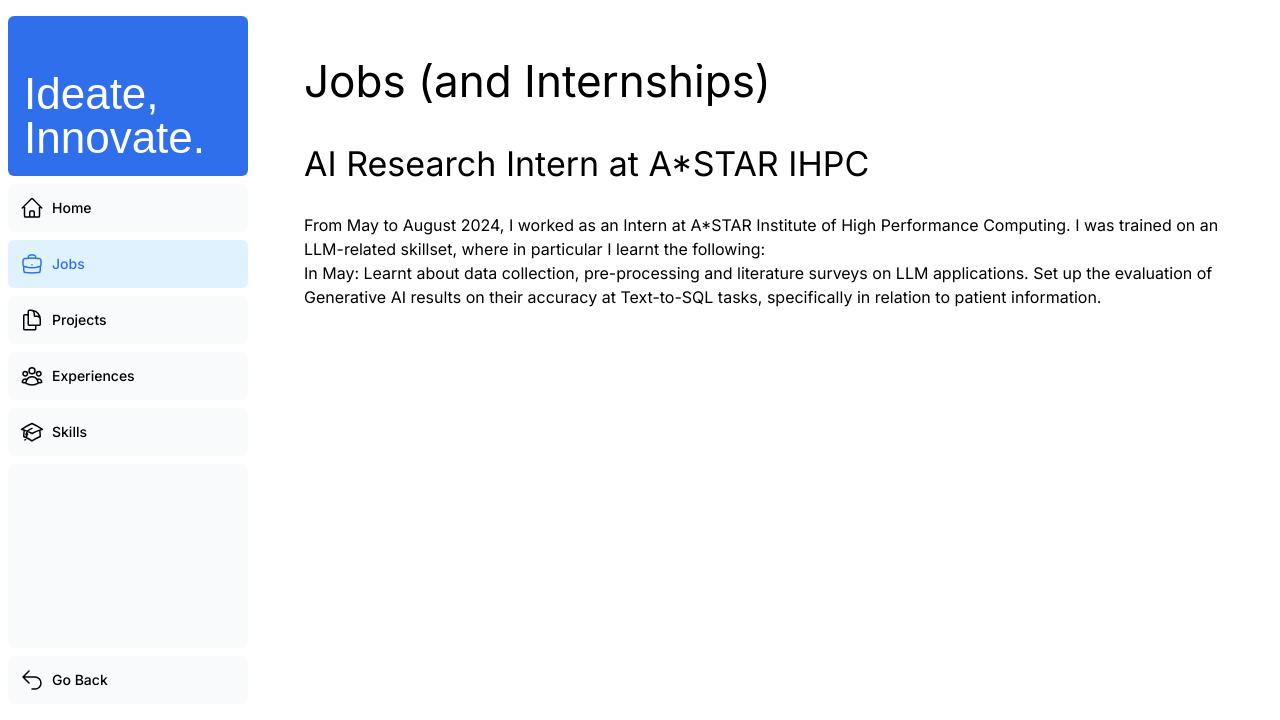
Repository: ThatGirlJam/jaime-portfolio
Page: /dashboard/jobs
These files come from the project's save history. The page is drawn as it stood at one moment and after the next save; the edit follows.
The browser window is 1280 px wide. The pictures show the whole page.
Some web fonts or font styles are not loaded; a fallback is used. The project was rebuilt for these pictures with package versions that can differ from the ones it lists, and the page was loaded fresh each time. The framework's server and built-in components were replaced by stand-ins that run in the browser. Also part of the build but not shown: next.config.js.

Above is the page before, as saved 2024-06-05 20:35:50.

### app/dashboard/jobs/page.tsx
export default function Page() {
  return (
    <div>
      <p className="text-[44px]"> Jobs (and Internships) </p>
      <br />
      <p className="text-[34px]"> AI Research Intern at A*STAR IHPC </p>
      <br />

      <p>
        From May to August 2024, I worked as an Intern at A*STAR Institute of
        High Performance Computing. I was trained on an LLM-related skillset,
        where in particular I learnt the following:
      </p>
      <p>
        In May: Learnt about data collection, pre-processing and literature
        surveys on LLM applications. Set up the evaluation of Generative AI
        results on their accuracy at Text-to-SQL tasks, specifically in relation
        to patient information.
      </p>
    </div>
  );
}

### app/ui/fonts.ts
import { Inter } from 'next/font/google';
import { Lusitana } from 'next/font/google';

export const inter = Inter({ subsets: ['latin'] });

export const lusitana = Lusitana({
  weight: ['400', '700'],
  subsets: ['latin'],
});

### app/ui/dashboard/sidenav.tsx
import Link from 'next/link';
import NavLinks from '@/app/ui/dashboard/nav-links';
import BannerLogo from '@/app/ui/banner-logo';
import { ArrowUturnLeftIcon } from '@heroicons/react/24/outline';

export default function SideNav() {
  return (
    <div className="flex h-full flex-col px-3 py-4 md:px-2">
      <Link
        className="h-25 mb-2 flex items-end justify-start rounded-md bg-blue-600 p-4 md:h-40"
        href="/"
      >
        <div className="w-32 text-white md:w-40">
          <BannerLogo />
        </div>
      </Link>
      <div className="flex grow flex-row justify-between space-x-2 md:flex-col md:space-x-0 md:space-y-2">
        <NavLinks />
        <div className="hidden h-auto w-full grow rounded-md bg-gray-50 md:block"></div>
        <Link href="/">
          <button className="flex h-[48px] w-full grow items-center justify-center gap-2 rounded-md bg-gray-50 p-3 text-sm font-medium hover:bg-sky-100 hover:text-blue-600 md:flex-none md:justify-start md:p-2 md:px-3">
            <ArrowUturnLeftIcon className="w-6" />
            <div className="hidden md:block">Go Back</div>
          </button>
        </Link>
      </div>
    </div>
  );
}

### app/ui/dashboard/nav-links.tsx
'use client';

import {
  UserGroupIcon,
  HomeIcon,
  DocumentDuplicateIcon,
  AcademicCapIcon,
  BriefcaseIcon,
} from '@heroicons/react/24/outline';
import Link from 'next/link';
import { usePathname } from 'next/navigation';
import clsx from 'clsx';

// Map of links to display in the side navigation.
// Depending on the size of the application, this would be stored in a database.
const links = [
  { name: 'Home', href: '/dashboard', icon: HomeIcon },
  {
    name: 'Jobs',
    href: '/dashboard/jobs',
    icon: BriefcaseIcon,
  },
  {
    name: 'Projects',
    href: '/dashboard/projects',
    icon: DocumentDuplicateIcon,
  },
  { name: 'Experiences', href: '/dashboard/experiences', icon: UserGroupIcon },
  { name: 'Skills', href: '/dashboard/skills', icon: AcademicCapIcon },
];

export default function NavLinks() {
  const pathname = usePathname();

  return (
    <>
      {links.map((link) => {
        const LinkIcon = link.icon;
        return (
          <Link
            key={link.name}
            href={link.href}
            //When the link.href aka link of the nav option matches the curr path name, turn blue to show user is on that page
            className={clsx(
              'flex h-[48px] grow items-center justify-center gap-2 rounded-md bg-gray-50 p-3 text-sm font-medium hover:bg-sky-100 hover:text-blue-600 md:flex-none md:justify-start md:p-2 md:px-3',
              {
                'bg-sky-100 text-blue-600': pathname === link.href,
              },
            )}
          >
            <LinkIcon className="w-6" />
            <p className="hidden md:block">{link.name}</p>
          </Link>
        );
      })}
    </>
  );
}

### app/ui/banner-logo.tsx
import { lusitana } from '@/app/ui/fonts';

export default function BannerLogo() {
  return (
    <div
      className={`${lusitana.className} flex flex-row items-center leading-none text-white`}
    >
      <p className="text-[44px]">Ideate, Innovate.</p>
    </div>
  );
}

Loaded but not shown: app/layout.tsx (common file); app/dashboard/layout.tsx (common file); app/ui/global.css (common file); tailwind.config.ts (common file)

After the next save:
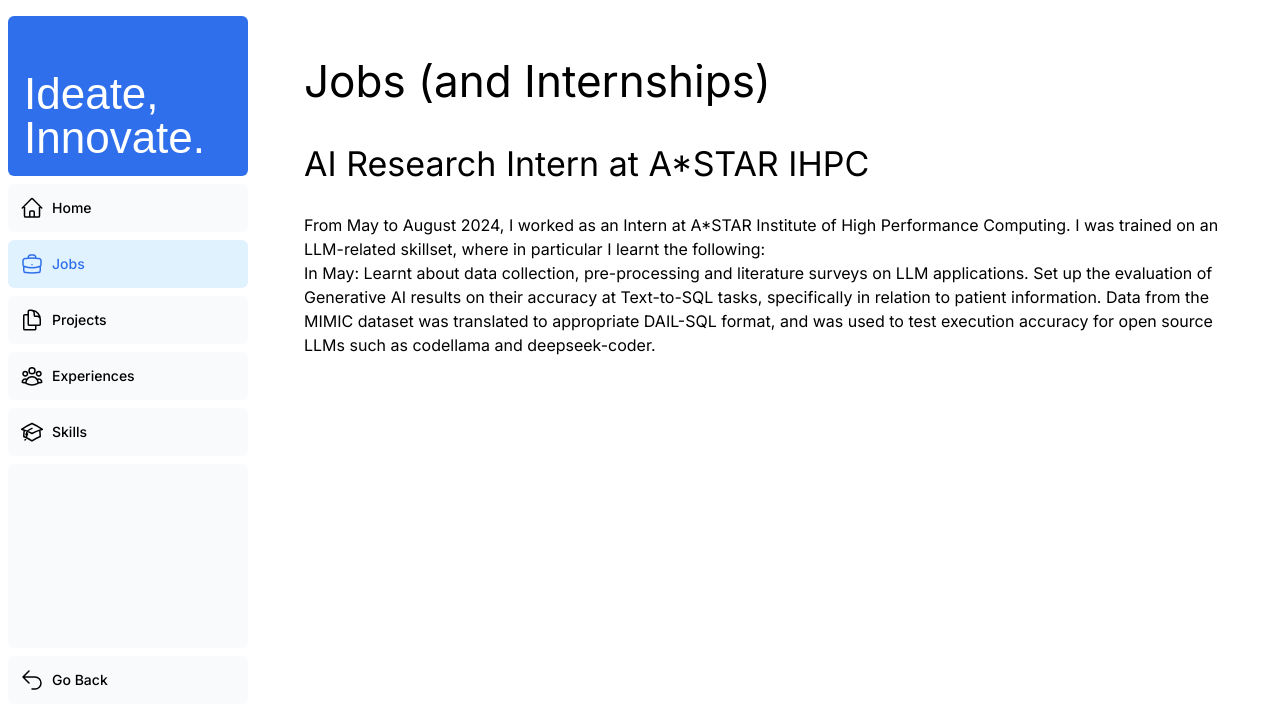
Saved 58 s later.
--- a/app/dashboard/jobs/page.tsx
+++ b/app/dashboard/jobs/page.tsx
@@ -15,7 +15,9 @@
         In May: Learnt about data collection, pre-processing and literature
         surveys on LLM applications. Set up the evaluation of Generative AI
         results on their accuracy at Text-to-SQL tasks, specifically in relation
-        to patient information.
+        to patient information. Data from the MIMIC dataset was translated to
+        appropriate DAIL-SQL format, and was used to test execution accuracy for
+        open source LLMs such as codellama and deepseek-coder.
       </p>
     </div>
   );
